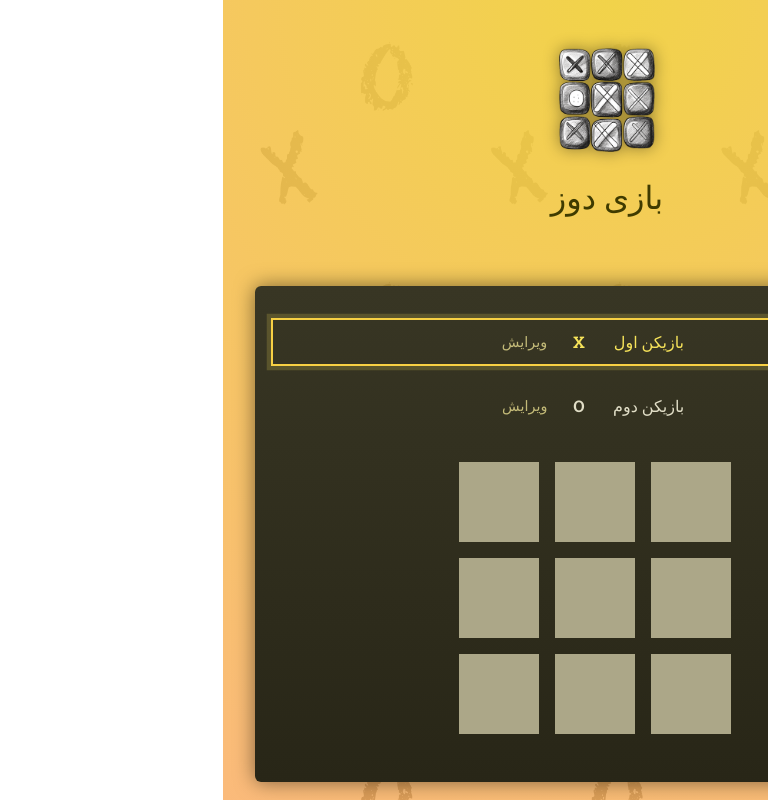
Repository: H-ala/react-tic-toc-toe
Page: /
An editor plug-in stored every save of this project. The page is shown before and after the next save, followed by the edit.
The browser window is 768 px wide. The pictures show the whole page.
Some web fonts or font styles are not loaded; a fallback is used. The project was rebuilt for these pictures with package versions that can differ from the ones it lists, and the page was loaded fresh each time. Also part of the build but not shown: vite.config.js, src/components/GameOver.jsx.

Above is the page before, as saved 2025-10-21 18:02:16.

After the next save:
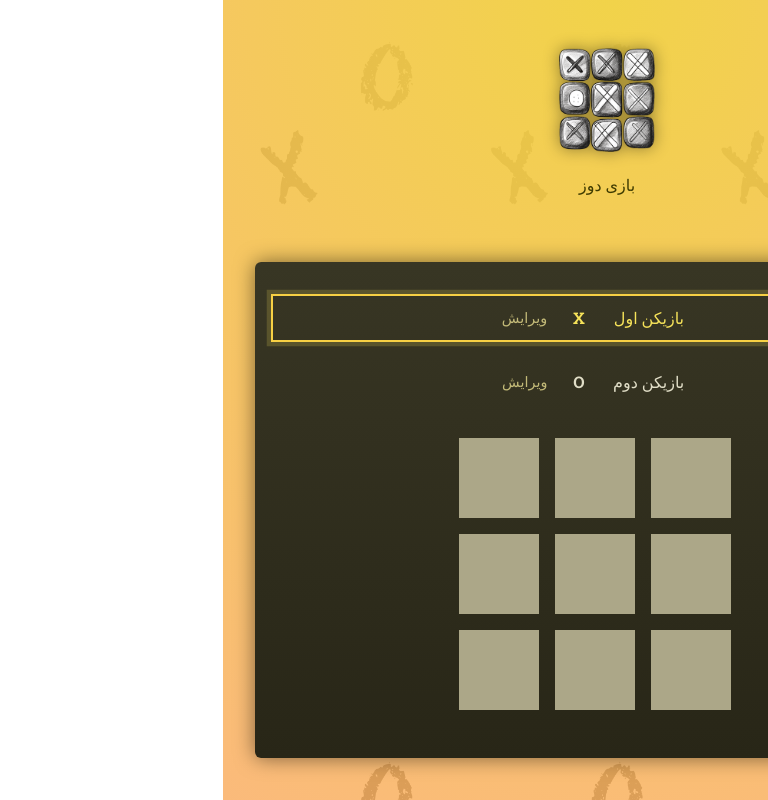
Saved 11 s later.
--- a/src/index.css
+++ b/src/index.css
@@ -342,7 +342,7 @@
 
 @media (max-width: 768px) {
   h1 {
-    font-size: 2rem;
+    font-size: 1rem;
   }
 
   #game-container {

After the save that followed:
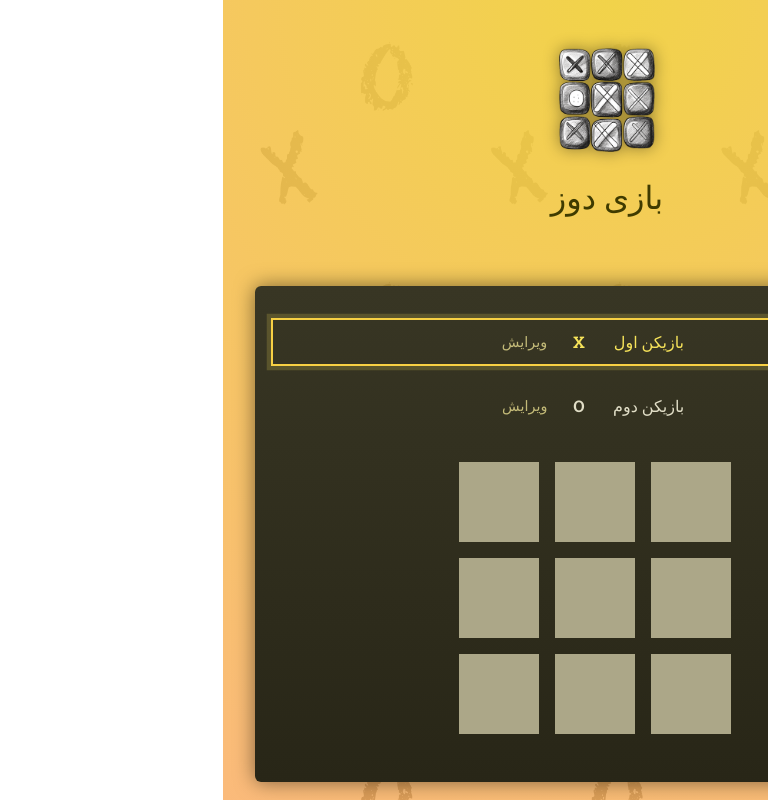
Saved 6 s later.
--- a/src/index.css
+++ b/src/index.css
@@ -342,7 +342,7 @@
 
 @media (max-width: 768px) {
   h1 {
-    font-size: 1rem;
+    font-size: 2rem;
   }
 
   #game-container {
